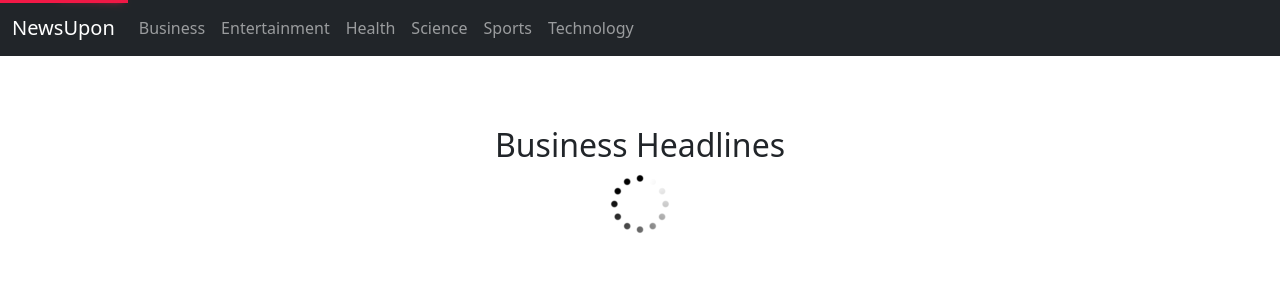
Repository: Akash33253/NewsUpon
Page: /business
These files come from the project's save history. The page is drawn as it stood at one moment and after the next save; the edit follows.
The browser window is 1280 px wide. The pictures show the whole page.
The page's requests for data from a server got no answer. The project was rebuilt for these pictures with package versions that can differ from the ones it lists, and the page was loaded fresh each time. No one was signed in, and anything a server would have sent is missing. Also part of the build but not shown: src/index.css, src/App.css, src/components/NewsItem.js.

Above is the page before, as saved 2022-11-12 22:53:26.

After the next save:
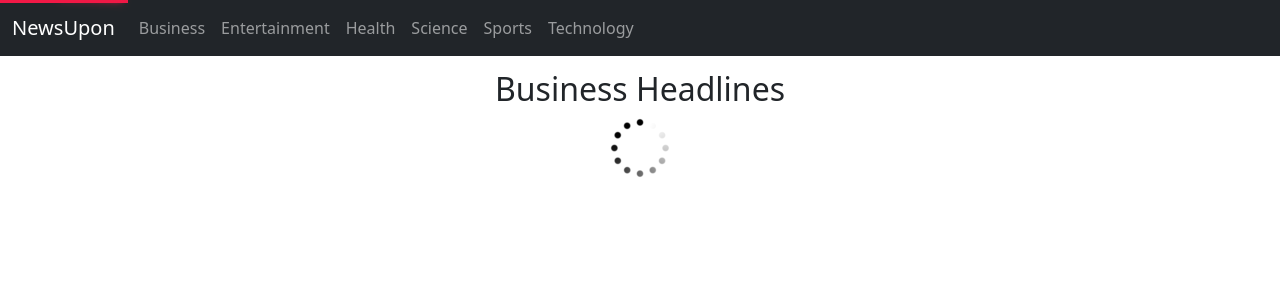
Saved 10 s later.
--- a/src/components/Navbar.js
+++ b/src/components/Navbar.js
@@ -4,7 +4,7 @@ import React from 'react'
 export default function Navbar() {
     return (
         <div>
-            <nav className="navbar navbar-expand-lg bg-dark navbar-dark">
+            <nav className="navbar fixed-top navbar-expand-lg bg-dark navbar-dark">
                 <div className="container-fluid">
                     <Link className="navbar-brand" to="/">NewsUpon</Link>
                     <button className="navbar-toggler" type="button" data-bs-toggle="collapse" data-bs-target="#navbarSupportedContent" aria-controls="navbarSupportedContent" aria-expanded="false" aria-label="Toggle navigation">
